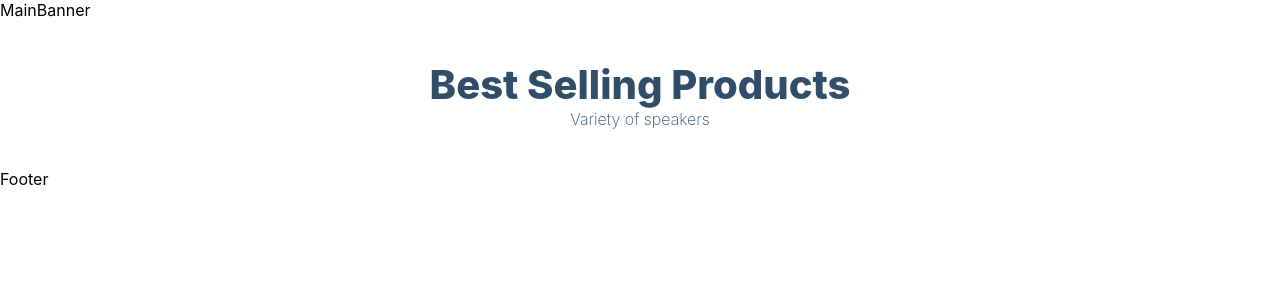
Repository: Ayush-dixit-15/AD_Headphones
Page: /
The author's editor kept a copy of each file at every save. The page is drawn from the files as they stood at one save, then again after the next save.
The browser window is 1280 px wide. The pictures show the whole page.
The project was rebuilt for these pictures with package versions that can differ from the ones it lists, and the page was loaded fresh each time. The framework's server and built-in components were replaced by stand-ins that run in the browser. Also part of the build but not shown: next.config.js.

Above is the page before, as saved 2022-07-20 02:32:08.

### pages/index.js
import React from 'react'

const Home = () => {
  return (
    <>
        MainBanner

        <div  className='products-heading'>
          <h2>
            Best Selling Products
          </h2>
          <p>
            Variety of speakers
          </p>
        </div>

        <div className='products-container'>
          {['Product 1' , 'Product 2'].map((product)=>{product})}
        </div>


        Footer
    </>
  )
}

export default Home;

Loaded but not shown: pages/_app.js (common file); styles/globals.css (common file)

After the next save:
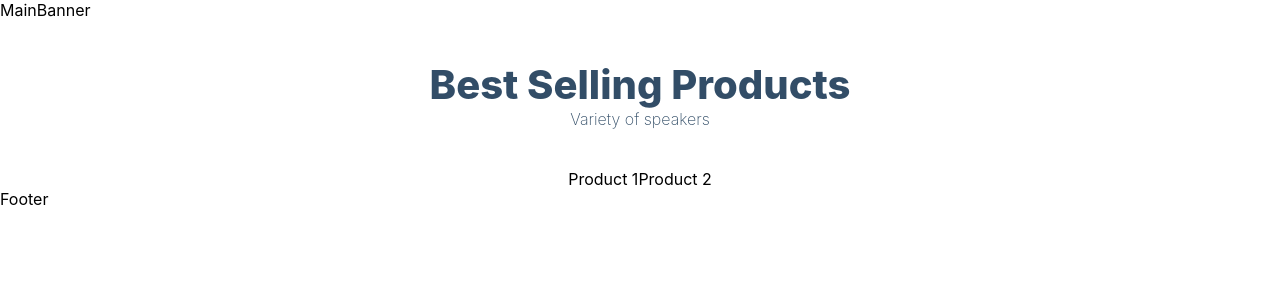
Saved 3 min 47 s later.
--- a/pages/index.js
+++ b/pages/index.js
@@ -15,7 +15,7 @@ const Home = () => {
         </div>
 
         <div className='products-container'>
-          {['Product 1' , 'Product 2'].map((product)=>{product})}
+          {['Product 1' , 'Product 2'].map((product)=>product)}
         </div>
 
 
